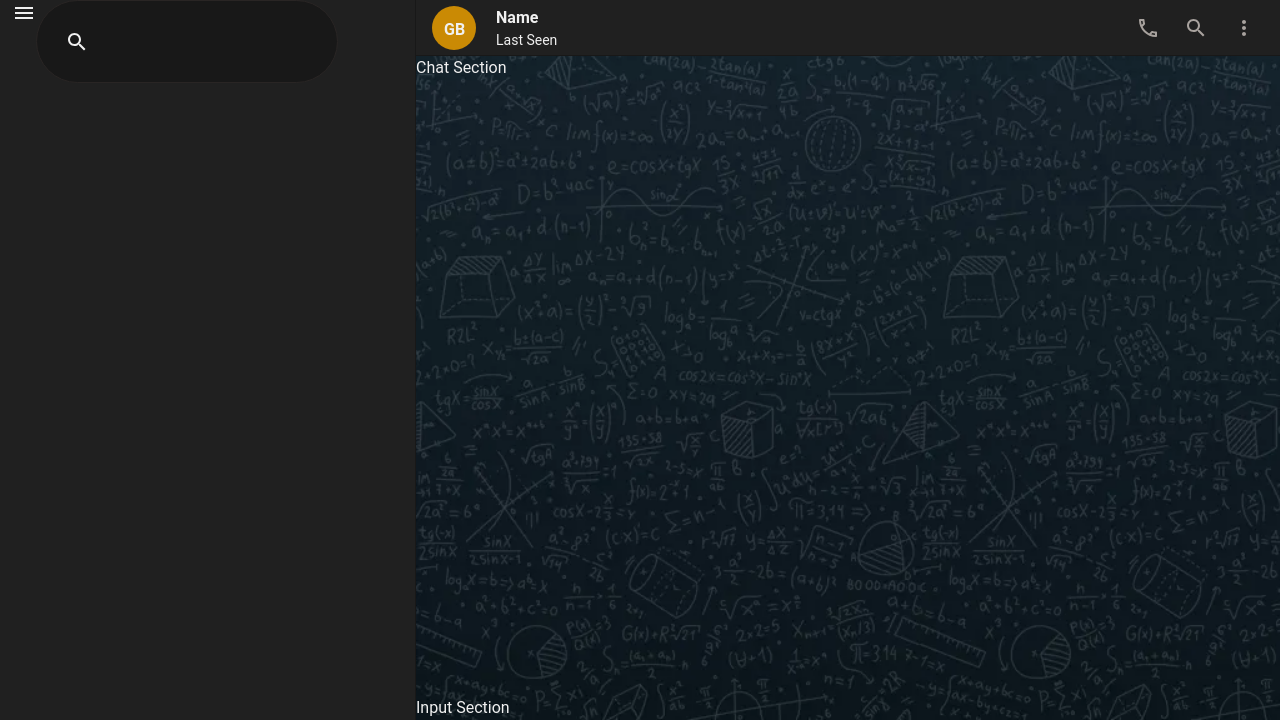
Repository: Qu4ntumGuy/telegram-clone
Page: /
An editor plug-in stored every save of this project. The page is shown before and after the next save, followed by the edit.
The browser window is 1280 px wide. The pictures show the whole page.
The project was rebuilt for these pictures with package versions that can differ from the ones it lists, and the page was loaded fresh each time. Also part of the build but not shown: src/Utils/ContextProvider.js, src/Pages/ChatPage.js/ChatPage.js.

Above is the page before, as saved 2024-07-15 12:30:54.

After the next save:
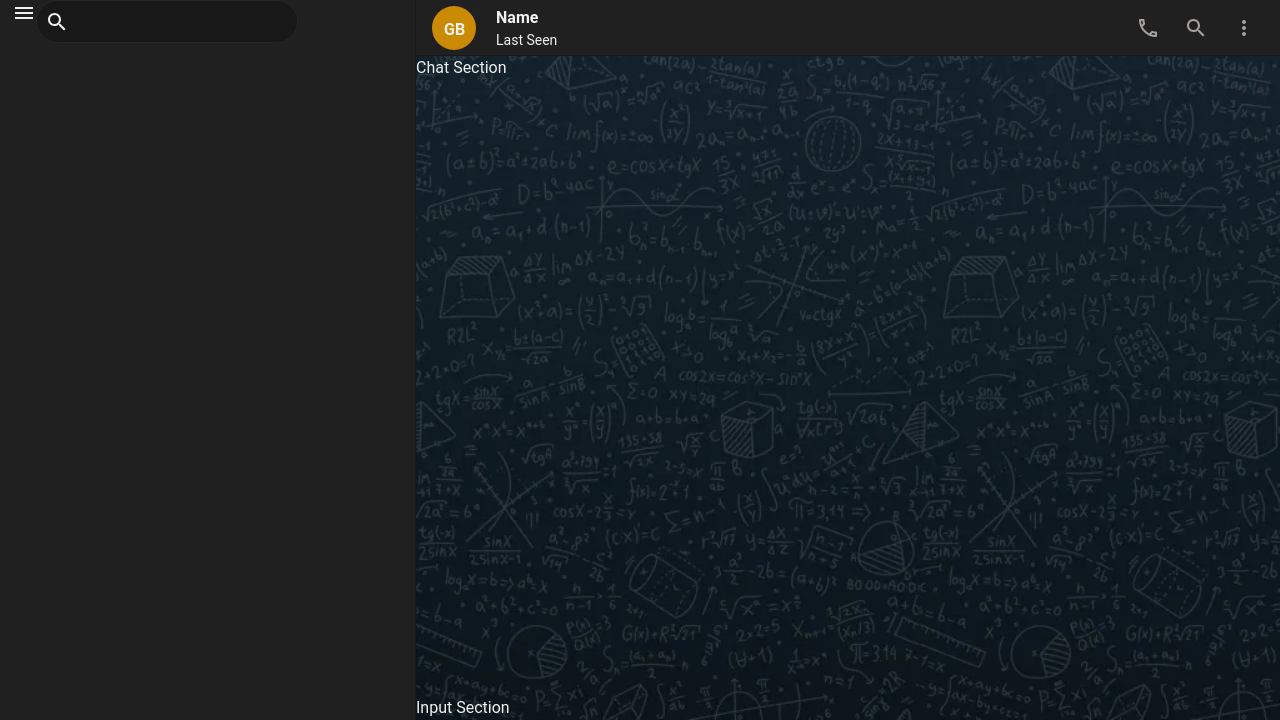
Saved 4 s later.
--- a/src/Components/Sidebar.js
+++ b/src/Components/Sidebar.js
@@ -13,7 +13,7 @@ function Sidebar() {
         </div>
         <div>
           <div className="flex border border-stone-800 rounded-full p-2 bg-[#181818]">
-            <div className="p-3 m-2">
+            <div className="">
               <SearchIcon />
             </div>
             <form>
